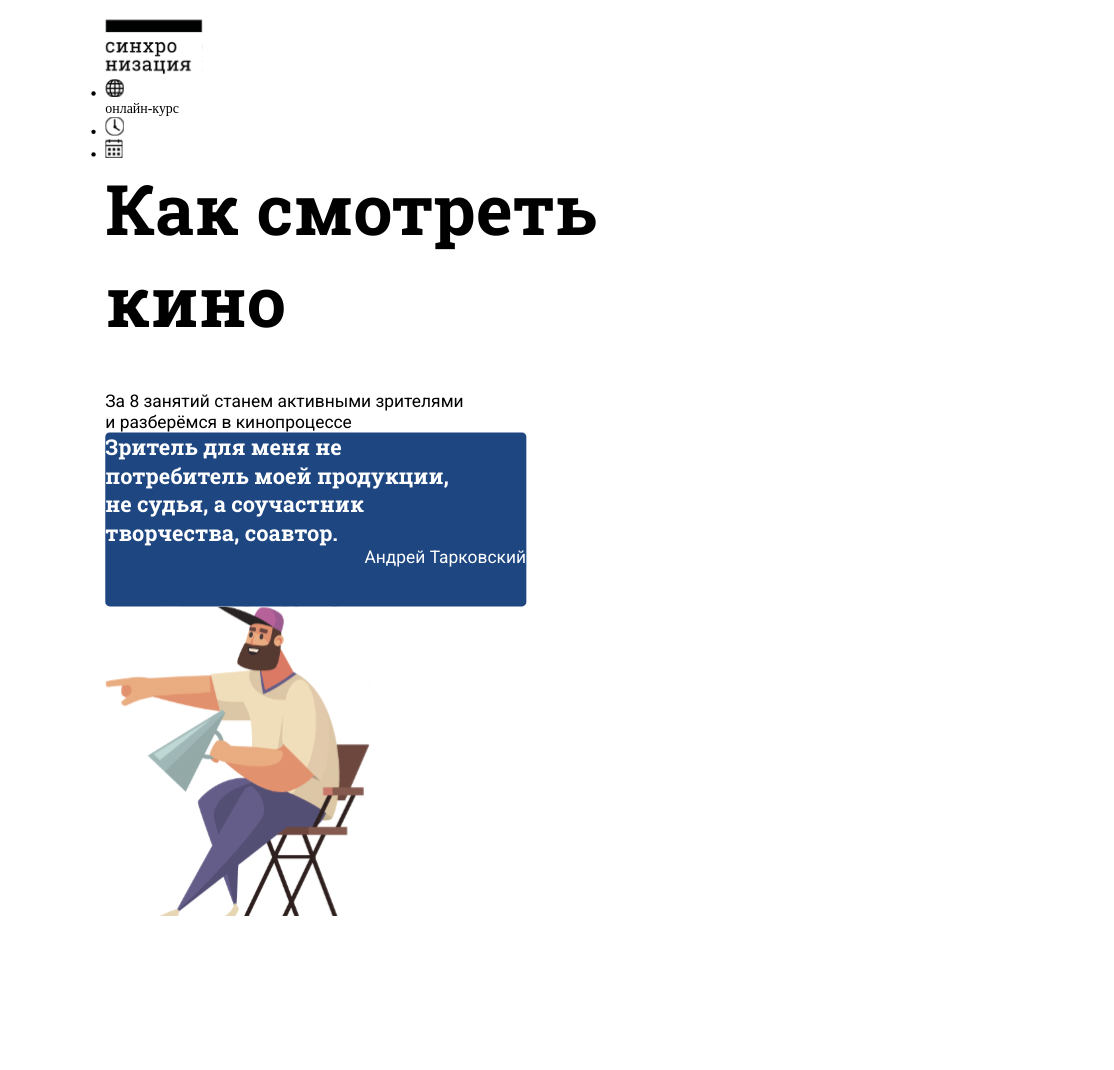
Repository: kubrazamanova/project1
Page: index.html
An editor plug-in stored every save of this project. The page is shown before and after a run of saves, followed by the edit.
The browser window is 1280 px wide. The pictures show the whole page, at 87% of full size.

Above is the page before, as saved 2023-09-09 12:43:52.

### index.html
<!DOCTYPE html>
<html lang="en">

<head>
  <meta charset="UTF-8" />
  <meta name="viewport" content="width=device-width, initial-scale=1.0" />
  <title>Document</title>
  <link rel="stylesheet" href="index.css" />
</head>

<body>
  <div class="container">
    <img class="logo-img" src="./images/logo_mobile_black 1 (1).svg" alt="">
<ul>
  <li>
<img src="./images/globe (1).svg" alt="">
<p>онлайн-курс</p>
  </li>
  <li>
    <img src="./images/img_135744 (1).svg" alt="">
    <p></p>
  </li>
  <li>
    <img src="./images/calendar_2 (1).svg" alt="">
  </li>
</ul>



    <div class="text-container">
      <h1>Как смотреть кино</h1>
      <p>За 8 занятий станем активными зрителями и разберёмся в кинопроцессе</p>
    </div>
    <div class="card-box">
      <div class="blue">
        <h1> Зритель для меня не потребитель моей продукции, не судья, а соучастник творчества, соавтор. </h1>
        <br>
        <h2>Андрей Тарковский</h2>
      </div>
    </div>
    <img src="./noroot 1.svg" alt="">
  </div>

</body>
</html>

### index.css
@import url("https://fonts.googleapis.com/css2?family=Roboto+Slab:wght@700&family=Roboto:wght@400;700&display=swap");
* {
  margin: 0;
  padding: 0;
  box-sizing: border-box;
}
.container {
    padding:  21px 246px 173px 121px;
}
.container .logo-img{
    width: 112px;
height: 66px;
}
.text-container {
  /* padding: 248px 246px 174px 122px; */
}
.card-box {
  /* padding: 87px 0 173px 409px; */
}

.text-container h1 {
  margin-bottom: 51px;
  width: 628px;
  color: #000;
  font-family: Roboto Slab;
  font-size: 80px;
  font-style: normal;
  font-weight: 700;
}
.text-container p {
  width: 414px;
  color: #000;
  font-family: Roboto;
  font-size: 20px;
  font-style: normal;
  font-weight: 400;
}
 .img {
  width: 304px;
  height: 356px;
}
.blue {
  border-radius: 5px;
  background: #1e4681;
  width: 483.635px;
  height: 200px;
}

.blue h1 {
  width: 430.589px;
  height: 113px;
  color: #fff;
  font-family: Roboto Slab;
  font-size: 25px;
  font-style: normal;
  font-weight: 400;
}
.blue h2 {
  color: #fff;
  text-align: right;
  font-family: Roboto;
  font-size: 20px;
  font-style: normal;
  font-weight: 400;
}

After the next 2 saves:
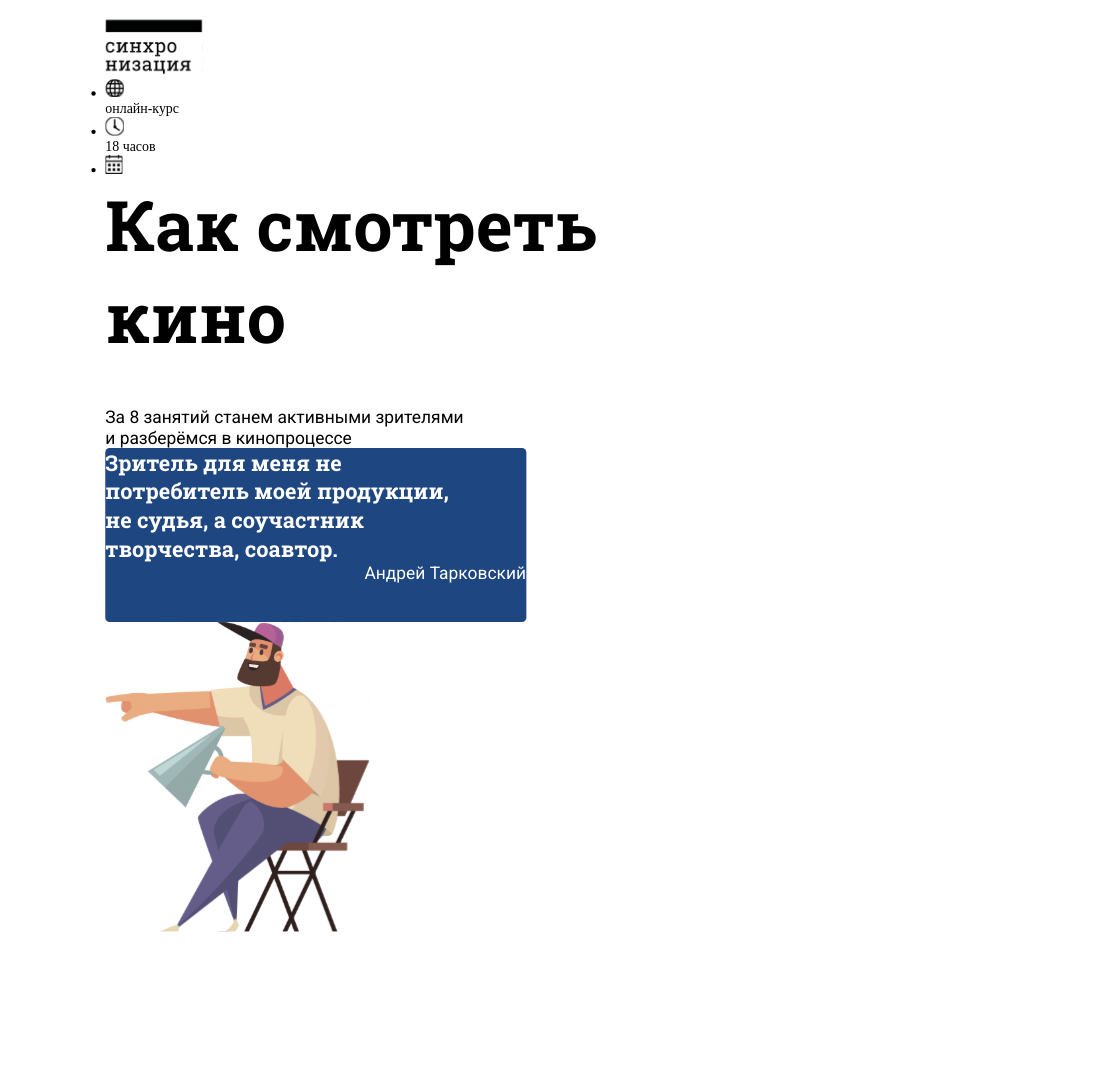
The 2 saves are shown as one change because they came seconds apart.
The last was saved 10 s later.
--- a/index.html
+++ b/index.html
@@ -18,10 +18,11 @@
   </li>
   <li>
     <img src="./images/img_135744 (1).svg" alt="">
-    <p></p>
+    <p>18 часов </p>
   </li>
   <li>
     <img src="./images/calendar_2 (1).svg" alt="">
+    <p></p>
   </li>
 </ul>
 
